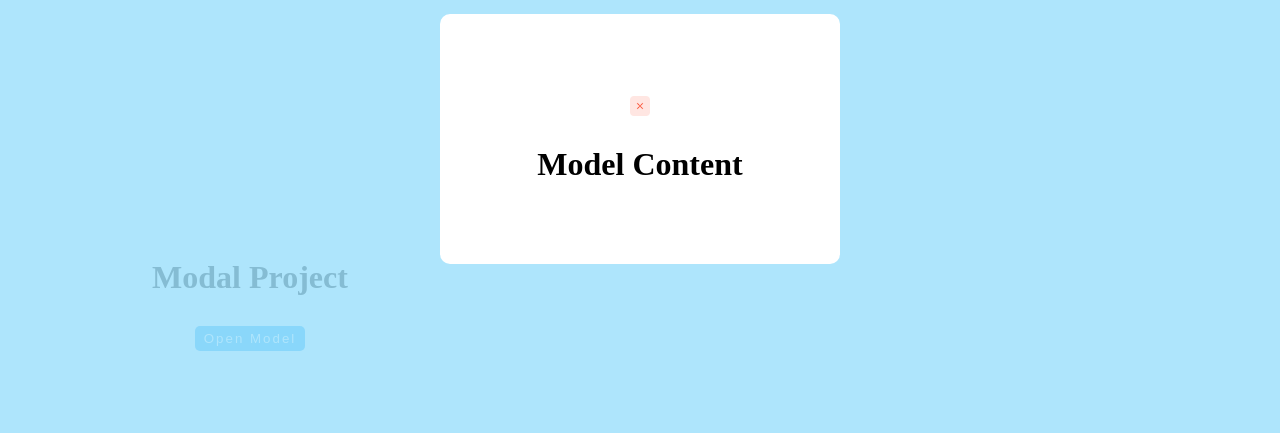
Repository: Trapti10/20-js-practice-projects-in-7-days-challenge
Page: Project_4_Modal_Project/index.html
These files come from the project's save history. The page is drawn as it stood at one moment and after the next save; the edit follows.
The browser window is 1280 px wide. The pictures show the whole page.

Above is the page before, as saved 2025-11-24 11:03:09.

### Project_4_Modal_Project/index.html
<!DOCTYPE html>
<html lang="en">
<head>
    <meta charset="UTF-8">
    <meta name="viewport" content="width=device-width, initial-scale=1.0">
    <title>Modal Project</title>
    <link rel="stylesheet" href="style.css">
</head>
<body>
    <div class="hero">
     <div class="bg-img"  background-img>

    </div>
    <div class="card">
        <h1>Modal Project</h1>

        <button class="Open">
            Open Model
        </button>
       </div>
       </div>
       <div class="modal-overlay">
        <div class="madal-container">
            <img src="assests/close.png" alt="">
            <div class="modalContent">
                <h1>Model Content</h1>
            </div>
        </div>
       </div>
    <script src="script.js"></script>
</body>
</html>

### Project_4_Modal_Project/style.css
*{
    margin: 0;
    padding: 0;
}
.hero{
    place-items: center;
}
.bg-img{
    height: 100vh;
    background-position: center center;
    background-repeat: no-repeat;
    position: relative;
    background-size: max(2200px, 100vw);
    background-image: url("https://png.pngtree.com/thumb_back/fh260/background/20230714/pngtree-simplicity-in-blue-a-living-room-interior-design-with-decor-and-image_3888158.jpg");
    background-repeat: no-repeat;
    align-items: center;
    margin-top: 0;
    align-items: center;

}

.card{
    position: absolute;
    top: 25%;
    background: white;
    max-height: 250px;
    max-width: 500px;
    height: 100%;
    width: 100%;
    display: flex;
    justify-content: center;
    align-items:center ;
    flex-direction: column;
    border: none;
    border-radius: 10px;
    gap: 30px;
}

button{
    height: 25px;
    width: 110px;
    color: white;
    background: rgb(29, 166, 246);
    border: none;
    letter-spacing: 2px;
    border-radius: 5px;
    padding: 0 4px;
}

button:hover{
    background: transparent;
    color: black;
    border: 2px solid rgb(29, 166, 246);
}

.modal-overlay{
    background: rgba(159, 225, 252, 0.84);
    position: fixed;
    top: 0;
    left: 0;
    width: 100%;
    height: 100%;
    place-items:center;
    display: grid;
    transition: 400ms ease;
    visibility: visible;
    /* z-index: -10; */
}

.madal-container{
   position: absolute;
    top: 2%;
    /* left: 37%; */
    background: white;
    max-height: 250px;
    max-width: 400px;
    height: 100%;
    width: 100%;
    display: flex;
    justify-content: center;
    align-items:center ;
    flex-direction: column;
    border: none;
    border-radius: 10px;
    gap: 30px;
}

.madal-container img{
    height: 20px;
    right: 0;
}

Loaded but not shown: Project_4_Modal_Project/script.js (no stored copy; drawn as an empty file)

After the next save:
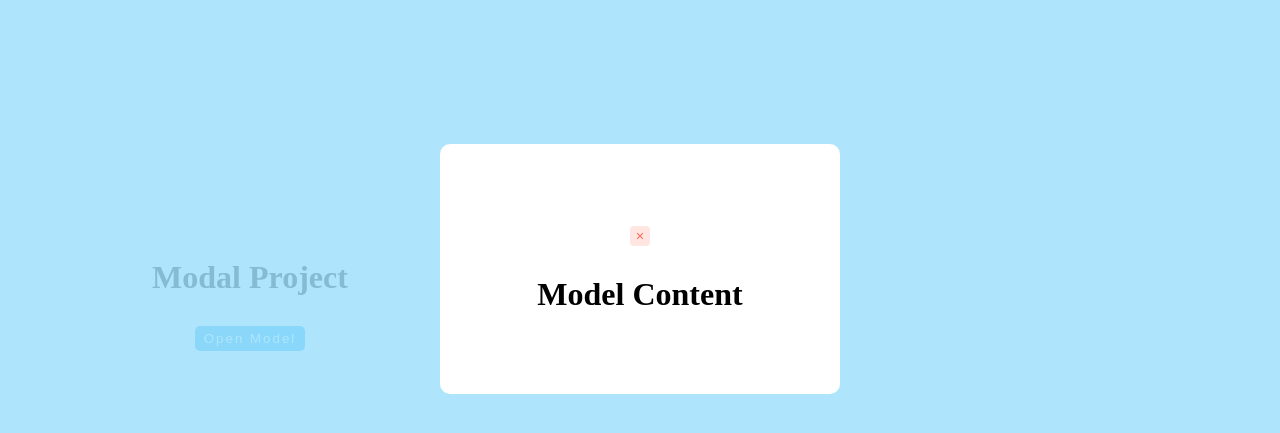
Saved 16 s later.
--- a/Project_4_Modal_Project/style.css
+++ b/Project_4_Modal_Project/style.css
@@ -69,7 +69,7 @@ button:hover{
 
 .madal-container{
    position: absolute;
-    top: 2%;
+    top: 20%;
     /* left: 37%; */
     background: white;
     max-height: 250px;
